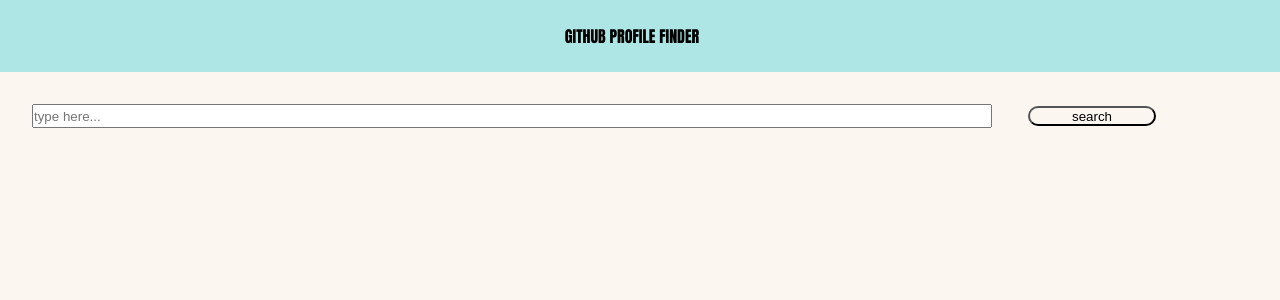
Repository: nilesjamex/githubprofilefinder
Page: index.html
The author's editor kept a copy of each file at every save. The page is drawn from the files as they stood at one save, then again after the next save.
The browser window is 1280 px wide. The pictures show the whole page.

Above is the page before, as saved 2020-11-18 23:12:45.

After the next save:
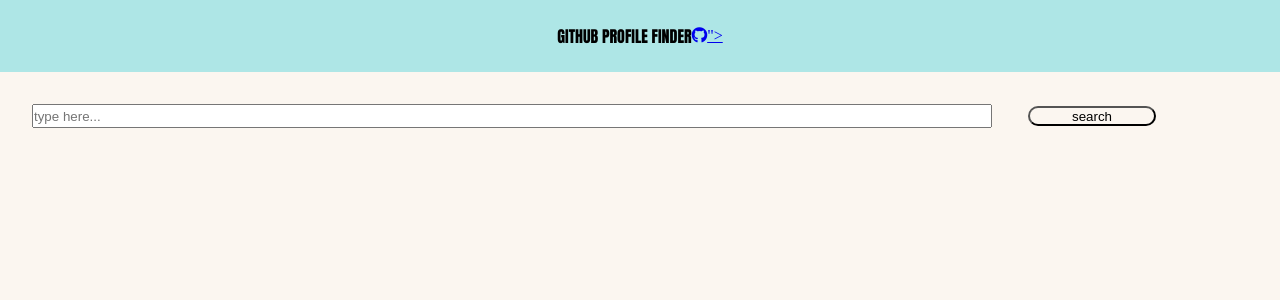
Saved 2 min 13 s later.
--- a/index.html
+++ b/index.html
@@ -16,7 +16,7 @@
       <div class="nav-text">
           GITHUB PROFILE FINDER
       </div>
-      <a href="https://https://github.com/nilesjamex/githubprofilefinder"><i class="fas fa-github-alt"></i></a>
+      <a href="https://https://github.com/nilesjamex/githubprofilefinder"><i class="fab fa-github"></i>"></i></a>
   </nav>
   <section>
       <div>
